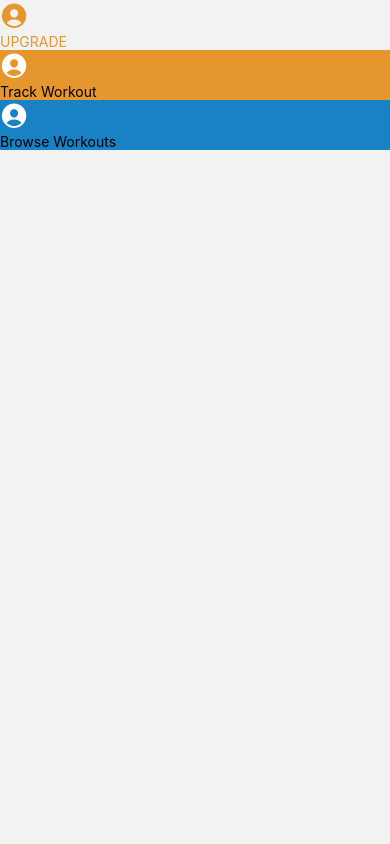
Repository: katjalmarko/React-Native-Fitness-App-with-Subscription
Screen: /
The author's editor kept a copy of each file at every save. The screen is drawn from the files as they stood at one save, then again after a run of saves.
Pictures or frames that could not be fetched are drawn as grey boxes. The app was drawn by React Native's web renderer in a window 390 px wide. The project was rebuilt for these pictures with package versions that can differ from the ones it lists, and the page was loaded fresh each time.

Above is the screen before, as saved 2023-05-08 17:59:12.

After the next 2 saves:
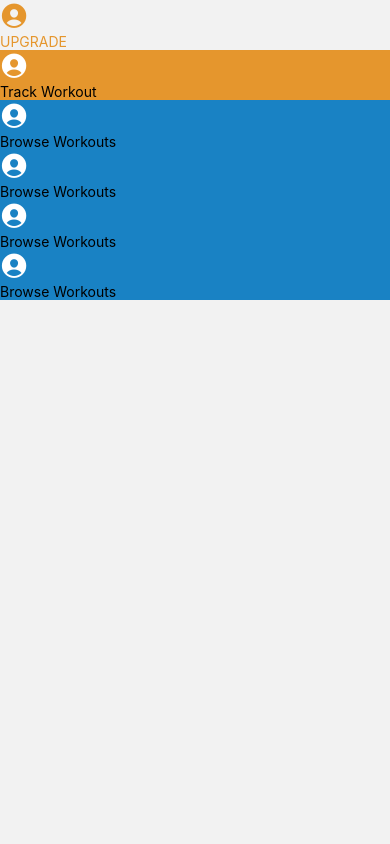
The 2 saves are shown as one change because they came seconds apart.
The last was saved 42 s later.
--- a/screens/HomeScreen.tsx
+++ b/screens/HomeScreen.tsx
@@ -33,6 +33,27 @@ const HomeScreen = () => {
           icon="library"
           vertical
         />
+        <ActionRow
+          title="Browse Workouts"
+          screen="Demo"
+          color="#1982C4"
+          icon="library"
+          vertical
+        />
+        <ActionRow
+          title="Browse Workouts"
+          screen="Demo"
+          color="#1982C4"
+          icon="library"
+          vertical
+        />
+        <ActionRow
+          title="Browse Workouts"
+          screen="Demo"
+          color="#1982C4"
+          icon="library"
+          vertical
+        />
 
         {/* ActionRow */}
         {/* ActionRow */}
